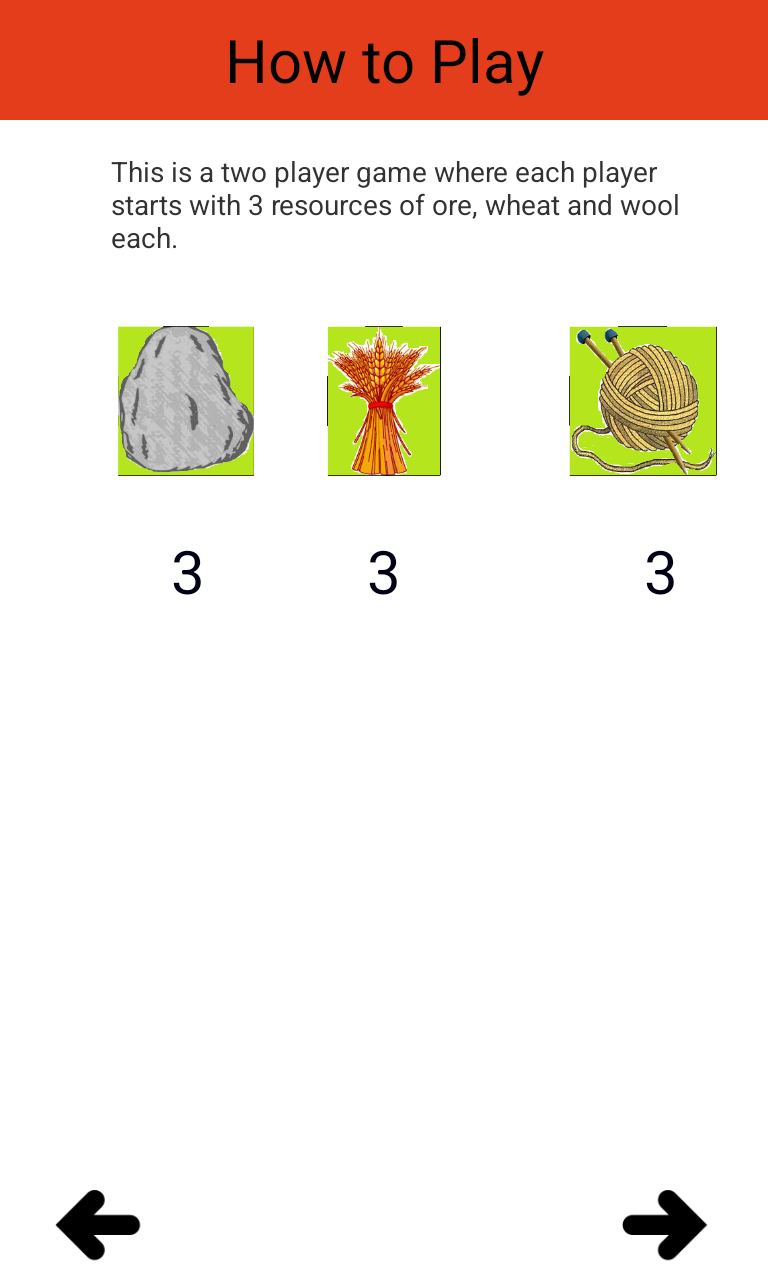
Repository: nidafarooqui/Trading-Game-Version-3
Layout: TaikunServer/res/layout/activity_help_three.xml
The author's editor kept a copy of each file at every save. The layout is drawn from the files as they stood at one save, then again after the next save.
It is drawn on a 768 x 1280 px phone screen (xhdpi) without system bars, with theme AppTheme; the app's code is not run.

Above is the layout before, as saved 2014-08-17 14:46:20.

### TaikunServer/res/layout/activity_help_three.xml
<RelativeLayout xmlns:android="http://schemas.android.com/apk/res/android"
    xmlns:tools="http://schemas.android.com/tools"
    android:layout_width="match_parent"
    android:layout_height="match_parent"
    tools:context="${relativePackage}.${activityClass}" >

    <ImageButton
        android:id="@+id/imageButtonPageThree"
        android:layout_width="100dp"
        android:layout_height="60dp"
        android:layout_alignParentBottom="true"
        android:layout_alignParentRight="true"
        android:background="@android:color/transparent"
        android:scaleType="centerInside"
        android:src="@drawable/arrow_right_thick" />

    <ImageButton
        android:id="@+id/imageButtonBack"
        android:layout_width="100dp"
        android:layout_height="60dp"
        android:layout_alignParentBottom="true"
        android:layout_alignParentLeft="true"
        android:background="@android:color/transparent"
        android:scaleType="centerInside"
        android:src="@drawable/arrow_left_thick" />

    <ImageView
        android:id="@+id/rockImage"
        android:layout_width="75dp"
        android:layout_height="75dp"
        android:layout_alignTop="@+id/wheatImage"
        android:layout_marginRight="24dp"
        android:layout_toLeftOf="@+id/wheatImage"
        android:src="@drawable/rockcard" />

    <ImageView
        android:id="@+id/wheatImage"
        android:layout_width="75dp"
        android:layout_height="75dp"
        android:layout_alignTop="@+id/woolImage"
        android:layout_centerHorizontal="true"
        android:src="@drawable/wheatcard" />

    <TextView
        android:id="@+id/rocksGoalState"
        android:layout_width="wrap_content"
        android:layout_height="wrap_content"
        android:layout_alignRight="@+id/rockImage"
        android:layout_below="@+id/rockImage"
        android:layout_marginRight="28dp"
        android:layout_marginTop="27dp"
        android:text="@string/rockTotal"
        android:textColor="@color/dark"
        android:textSize="30sp" />

    <TextView
        android:id="@+id/wheatGoalState"
        android:layout_width="wrap_content"
        android:layout_height="wrap_content"
        android:layout_alignBaseline="@+id/rocksGoalState"
        android:layout_alignBottom="@+id/rocksGoalState"
        android:layout_centerHorizontal="true"
        android:text="@string/wheatTotal"
        android:textColor="@color/dark"
        android:textSize="30sp" />

    <TextView
        android:id="@+id/woolGoalState"
        android:layout_width="wrap_content"
        android:layout_height="wrap_content"
        android:layout_alignBaseline="@+id/wheatGoalState"
        android:layout_alignBottom="@+id/wheatGoalState"
        android:layout_alignRight="@+id/woolImage"
        android:layout_marginRight="20dp"
        android:text="@string/woolTotal"
        android:textColor="@color/dark"
        android:textSize="30sp" />

    <TextView
        android:id="@+id/textViewTurn"
        android:layout_width="fill_parent"
        android:layout_height="60dp"
        android:layout_alignParentLeft="true"
        android:layout_alignParentTop="true"
        android:background="@color/orrange"
        android:gravity="center_horizontal|center_vertical"
        android:text="How to Play"
        android:textAppearance="?android:attr/textAppearanceLarge"
        android:textSize="30sp" />

    <TextView
        android:id="@+id/textView1"
        android:layout_width="wrap_content"
        android:layout_height="wrap_content"
        android:layout_alignLeft="@+id/rockImage"
        android:layout_alignRight="@+id/woolImage"
        android:layout_below="@+id/textViewTurn"
        android:layout_marginTop="16dp"
        android:text="This is a two player game where each player starts with 3 resources of ore, wheat and wool each." />

    <ImageView
        android:id="@+id/woolImage"
        android:layout_width="75dp"
        android:layout_height="75dp"
        android:layout_alignLeft="@+id/imageButtonPageThree"
        android:layout_below="@+id/textView1"
        android:layout_marginTop="35dp"
        android:src="@drawable/woolcard" />

</RelativeLayout>

### TaikunServer/res/values/strings.xml
<?xml version="1.0" encoding="utf-8"?>
<resources>

    <string name="app_name">Taikun</string>
    <string name="action_settings">Settings</string>
    <string name="forgetpassword">Forgotten Password!</string>
    <string name="Login">Login</string>
    <string name="password">Password</string>
    <string name="username">Username</string>
    <string name="enterusername">Enter Username</string>
    <string name="repassword">Re Enter Password</string>
    <string name="register">Register</string>
    <string name="cancel">Cancel</string>
    <string name="enterpassword">Enter Password</string>
    <string name="title_activity_home">Home</string>
    <string name="hello_world">Hello world!</string>
    <string name="title_activity_registration">Registration</string>
    <string name="rockTotal">3</string>
    <string name="wheatTotal">3</string>
    <string name="woolTotal">3</string>
    <string name="title_activity_server_socket">ServerSocket</string>
    <string name="title_activity_propose_screen">Propose Screen Activity</string>
    <string name="title_activity_taikun_game">TaikunGameActivity</string>
    <string name="title_activity_welcome_screen">Welcome</string>
    <string name="title_activity_help_page_activity_one">How the Game Works</string>
    <string name="title_activity_help_page_activity_two">How the Game Works</string>
    <string name="title_activity_help_page_activity_three">How To Play</string>

</resources>

### TaikunServer/res/values/colours.xml
<?xml version="1.0" encoding="utf-8"?>
<resources>

    <color name="white">#FFFFFF</color>
    <color name="black">#000000</color>
    <color name="symptom_color_selected">#003366</color>
    <color name="reaction_color_selected">#003366</color>
    <color name="static_text_color">#003366</color>
    <color name="journal_entry_listitem_text_color">#003366</color>
    <color name="note_text_disabled">#333333</color>
    <color name="sky">#0099CC</color>
    <color name="lightgray">#e7e7e7</color>
      <color name="lightgray02">#bfbfbf</color>
    <color name="dark">#000015</color>
    <color name="lightgreen">#336666</color>
    <color name="orrange">#e33d1b</color>
    <color name="darkorrange">#cc2303</color>


 <color name="ivory">#FFFFF0</color>
 <color name="lightYellow">#FFFFE0</color>
 <color name="snow">#FFFAFA</color>
 <color name="floralWhite">#FFFAF0</color>
 <color name="lemonChiffon">#FFFACD</color>
 <color name="cornsilk">#FFF8DC</color>
 <color name="seashell">#FFF5EE</color>
 <color name="lavenderBlush">#FFF0F5</color>
 <color name="papayaWhip">#FFEFD5</color>
 <color name="blanchedAlmond">#FFEBCD</color>
 <color name="mistyRose">#FFE4E1</color>
 <color name="bisque">#FFE4C4</color>
 <color name="moccasin">#FFE4B5</color>
 <color name="navajoWhite">#FFDEAD</color>
 <color name="peachPuff">#FFDAB9</color>
 <color name="gold">#FFD700</color>
 <color name="pink">#FFC0CB</color>
 <color name="lightPink">#FFB6C1</color>
 <color name="orange">#FFA500</color>
 <color name="lightSalmon">#FFA07A</color>
 <color name="darkOrange">#FF8C00</color>
 <color name="coral">#FF7F50</color>
 <color name="hotPink">#FF69B4</color>
 <color name="tomato">#FF6347</color>
 <color name="orangeRed">#FF4500</color>
 <color name="deepPink">#FF1493</color>
 <color name="fuchsia">#FF00FF</color>
 <color name="magenta">#FF00FF</color>
 <color name="red">#FF0000</color>
 <color name="oldLace">#FDF5E6</color>
 <color name="lightGoldenrodYellow">#FAFAD2</color>
 <color name="linen">#FAF0E6</color>
 <color name="antiqueWhite">#FAEBD7</color>
 <color name="salmon">#FA8072</color>
 <color name="ghostWhite">#F8F8FF</color>
 <color name="mintCream">#F5FFFA</color>
 <color name="whiteSmoke">#F5F5F5</color>
 <color name="beige">#F5F5DC</color>
 <color name="wheat">#F5DEB3</color>
 <color name="sandyBrown">#F4A460</color>
 <color name="azure">#F0FFFF</color>
 <color name="honeydew">#F0FFF0</color>
 <color name="aliceBlue">#F0F8FF</color>
 <color name="khaki">#F0E68C</color>
 <color name="lightCoral">#F08080</color>
 <color name="paleGoldenrod">#EEE8AA</color>
 <color name="violet">#EE82EE</color>
 <color name="darkSalmon">#E9967A</color>
 <color name="lavender">#E6E6FA</color>
 <color name="lightCyan">#E0FFFF</color>
 <color name="burlyWood">#DEB887</color>
 <color name="plum">#DDA0DD</color>
 <color name="gainsboro">#DCDCDC</color>
 <color name="crimson">#DC143C</color>
 <color name="paleVioletRed">#DB7093</color>
 <color name="goldenrod">#DAA520</color>
 <color name="orchid">#DA70D6</color>
 <color name="thistle">#D8BFD8</color>
 <color name="lightGrey">#D3D3D3</color>
 <color name="tan">#D2B48C</color>
 <color name="chocolate">#D2691E</color>
 <color name="peru">#CD853F</color>
 <color name="indianRed">#CD5C5C</color>
 <color name="mediumVioletRed">#C71585</color>
 <color name="silver">#C0C0C0</color>
 <color name="darkKhaki">#BDB76B</color>
 <color name="rosyBrown">#BC8F8F</color>
 <color name="mediumOrchid">#BA55D3</color>
 <color name="darkGoldenrod">#B8860B</color>
 <color name="fireBrick">#B22222</color>
 <color name="powderBlue">#B0E0E6</color>
 <color name="lightSteelBlue">#B0C4DE</color>
 <color name="paleTurquoise">#AFEEEE</color>
 <color name="greenYellow">#ADFF2F</color>
 <color name="lightBlue">#ADD8E6</color>
 <color name="darkGray">#A9A9A9</color>
 <color name="brown">#A52A2A</color>
 <color name="sienna">#A0522D</color>
 <color name="yellowGreen">#9ACD32</color>
 <color name="darkOrchid">#9932CC</color>
 <color name="paleGreen">#98FB98</color>
 <color name="darkViolet">#9400D3</color>
 <color name="mediumPurple">#9370DB</color>
 <color name="lightGreen">#90EE90</color>
 <color name="darkSeaGreen">#8FBC8F</color>
 <color name="saddleBrown">#8B4513</color>
 <color name="darkMagenta">#8B008B</color>
 <color name="darkRed">#8B0000</color>
 <color name="blueViolet">#8A2BE2</color>
 <color name="lightSkyBlue">#87CEFA</color>
 <color name="skyBlue">#87CEEB</color>
 <color name="gray">#808080</color>
 <color name="olive">#808000</color>
 <color name="purple">#800080</color>
 <color name="maroon">#800000</color>
 <color name="aquamarine">#7FFFD4</color>
 <color name="chartreuse">#7FFF00</color>
 <color name="lawnGreen">#7CFC00</color>
 <color name="mediumSlateBlue">#7B68EE</color>
 <color name="lightSlateGray">#778899</color>
 <color name="slateGray">#708090</color>
 <color name="oliveDrab">#6B8E23</color>
 <color name="slateBlue">#6A5ACD</color>
 <color name="dimGray">#696969</color>
 <color name="mediumAquamarine">#66CDAA</color>
 <color name="cornflowerBlue">#6495ED</color>
 <color name="cadetBlue">#5F9EA0</color>
 <color name="darkOliveGreen">#556B2F</color>
 <color name="indigo">#4B0082</color>
 <color name="mediumTurquoise">#48D1CC</color>
 <color name="darkSlateBlue">#483D8B</color>
 <color name="steelBlue">#4682B4</color>
 <color name="royalBlue">#4169E1</color>
 <color name="turquoise">#40E0D0</color>
 <color name="mediumSeaGreen">#3CB371</color>
 <color name="limeGreen">#32CD32</color>
 <color name="darkSlateGray">#2F4F4F</color>
 <color name="seaGreen">#2E8B57</color>
 <color name="forestGreen">#228B22</color>
 <color name="lightSeaGreen">#20B2AA</color>
 <color name="dodgerBlue">#1E90FF</color>
 <color name="midnightBlue">#191970</color>
 <color name="aqua">#00FFFF</color>
 <color name="cyan">#00FFFF</color>
 <color name="springGreen">#00FF7F</color>
 <color name="lime">#00FF00</color>
 <color name="mediumSpringGreen">#00FA9A</color>
 <color name="darkTurquoise">#00CED1</color>
 <color name="deepSkyBlue">#00BFFF</color>
 <color name="darkCyan">#008B8B</color>
 <color name="teal">#008080</color>
 <color name="green">#008000</color>
 <color name="darkGreen">#006400</color>
 <color name="blue">#0000FF</color>
 <color name="mediumBlue">#0000CD</color>
 <color name="darkBlue">#00008B</color>
 <color name="navy">#000080</color>

</resources>

Loaded but not shown: TaikunServer/res/values/styles.xml (common file); TaikunServer/res/values-v11/styles.xml (common file); TaikunServer/res/values-v14/styles.xml (common file)

After the next save:
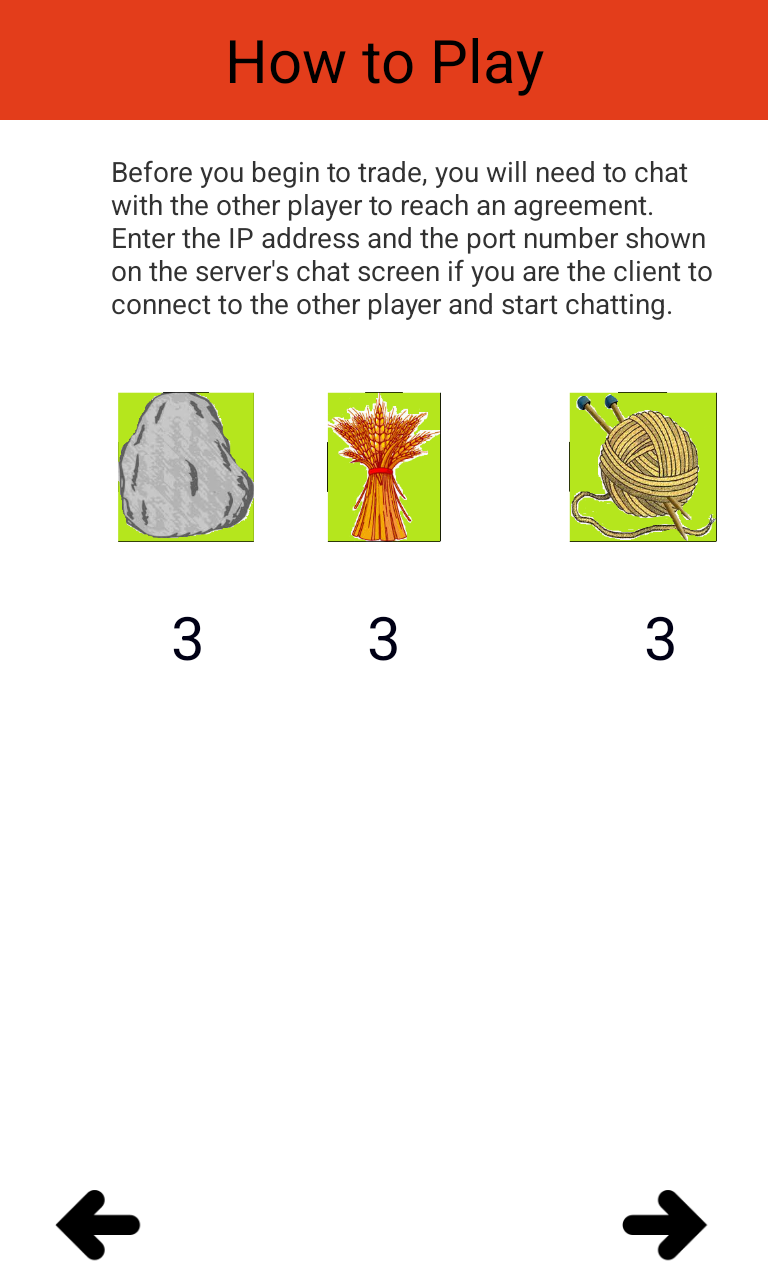
Saved 107 s later.
--- a/TaikunServer/res/layout/activity_help_three.xml
+++ b/TaikunServer/res/layout/activity_help_three.xml
@@ -96,7 +96,7 @@
         android:layout_alignRight="@+id/woolImage"
         android:layout_below="@+id/textViewTurn"
         android:layout_marginTop="16dp"
-        android:text="This is a two player game where each player starts with 3 resources of ore, wheat and wool each." />
+        android:text="Before you begin to trade, you will need to chat with the other player to reach an agreement. Enter the IP address and the port number shown on the server&apos;s chat screen if you are the client to connect to the other player and start chatting." />
 
     <ImageView
         android:id="@+id/woolImage"
